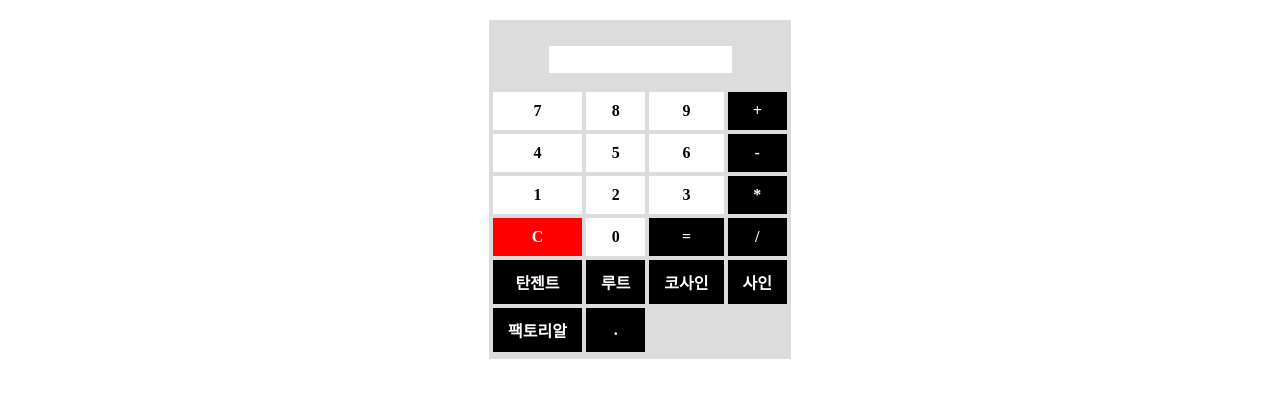
Repository: whwnsgk/cal
Page: http://localhost/calculator/
These files come from the project's save history. The page is drawn as it stood at one moment and after the next save; the edit follows.
The browser window is 1280 px wide. The pictures show the whole page.
The page is served by Tomcat 9.

Above is the page before, as saved 2023-11-28 06:08:46.
Console error (its wording comes from the project's code and is left out).

After the next save:
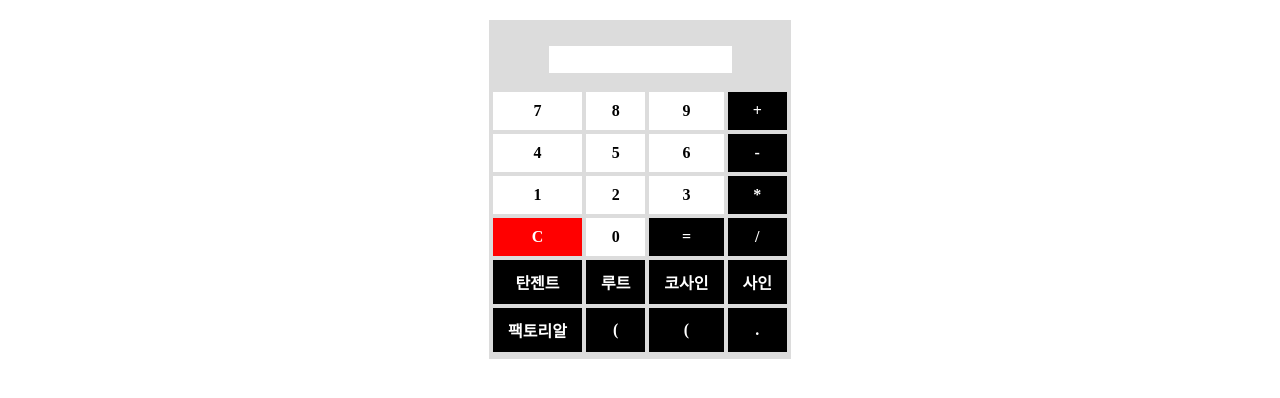
The error is gone.
Saved 21 s later.
--- a/calculator/src/main/webapp/index.jsp
+++ b/calculator/src/main/webapp/index.jsp
@@ -123,8 +123,8 @@
 
     <tr>
       <td class="four" onclick="add('!')">팩토리알</td>
-      <td class="four" onclick="add('(')>(</td>
-      <td class="four" onclick="add(')')>(</td>
+      <td class="four" onclick="add('(')">(</td>
+      <td class="four" onclick="add(')')">(</td>
       <td class="four" onclick="add('.')">.</td>
     </tr>
 
